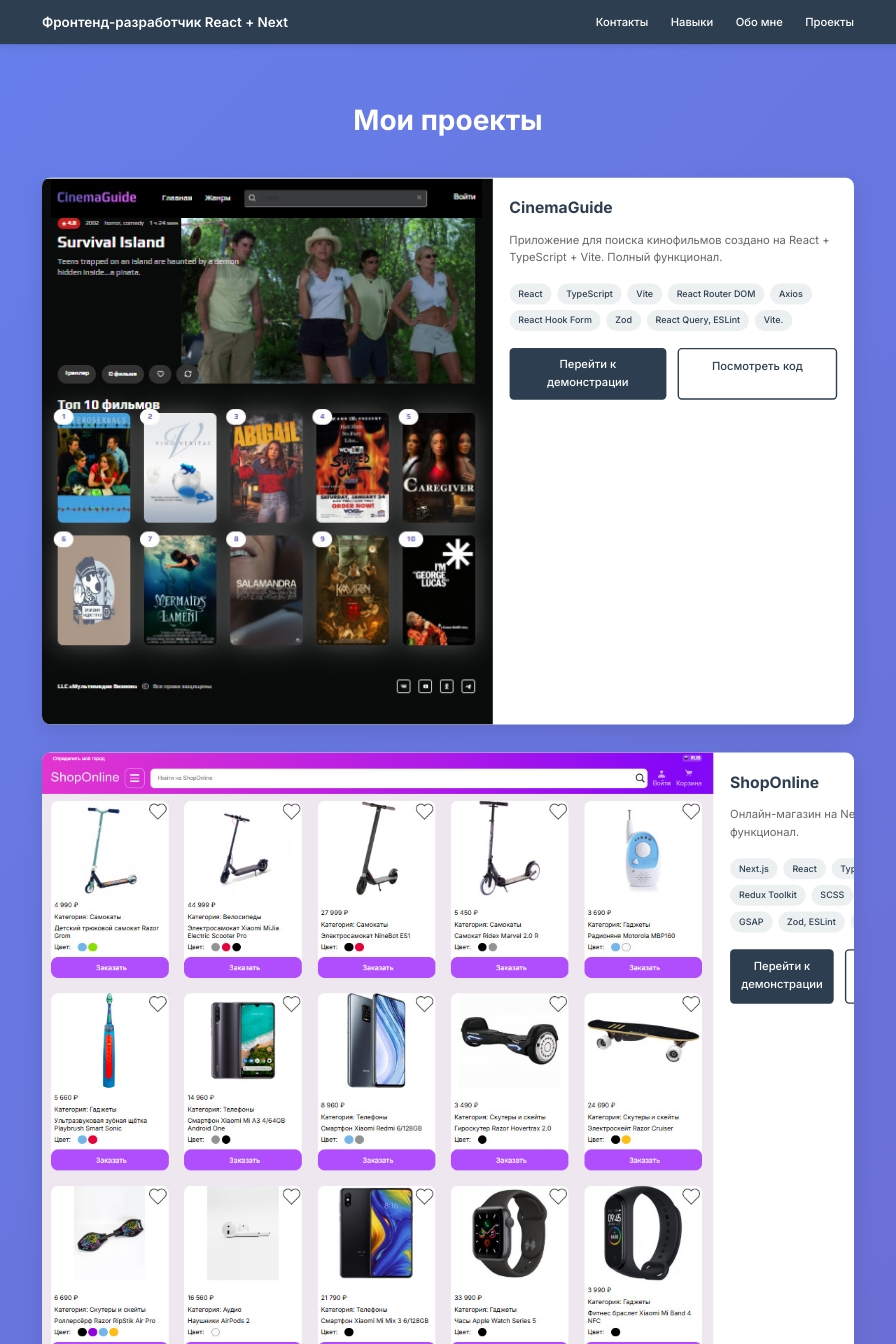
Repository: RostislavZeberg/resume-app
Page: /
The author's editor kept a copy of each file at every save. The page is drawn from the files as they stood at one save, then again after a run of saves.
The browser window is 1280 px wide. The pictures show the part of the page from y = 0 to 1920 px (the page is 12170 px tall before and 10922 px after), at 70% of full size.
The project was rebuilt for these pictures with package versions that can differ from the ones it lists, and the page was loaded fresh each time. The framework's server and built-in components were replaced by stand-ins that run in the browser. Also part of the build but not shown: next.config.ts.

Above is the page before, as saved 2025-09-21 15:09:00.

### pages/_app.tsx
import type { AppProps } from 'next/app';
import '../styles/globals.scss';
import Head from 'next/head';

function MyApp({ Component, pageProps }: AppProps) {
  return (
    <>
      <Head>
        <meta name="viewport" content="width=device-width, initial-scale=1" />
        <meta name="theme-color" content="#2c3e50" />
        <meta name="description" content="Резюме фронтенд-разработчика React с 5+ годами опыта. Специализация: React, TypeScript, Next.js, Redux Toolkit." />
        <meta name="keywords" content="React, TypeScript, Next.js, фронтенд-разработчик, резюме" />
        <meta property="og:title" content="Фронтенд-разработчик React" />
        <meta property="og:description" content="Резюме фронтенд-разработчика React с 5+ годами опыта" />
        <meta property="og:type" content="website" />
        <link rel="icon" href="/favicon.ico" />
      </Head>
      <Component {...pageProps} />
    </>
  );
}

export default MyApp;

### pages/_document.tsx
import { Html, Head, Main, NextScript } from 'next/document';

export default function Document() {
  return (
    <Html lang="ru">
      <Head>
        <link rel="preconnect" href="https://fonts.googleapis.com" />
        <link rel="preconnect" href="https://fonts.gstatic.com" crossOrigin="anonymous" />
        <link href="https://fonts.googleapis.com/css2?family=Inter:wght@300;400;500;600;700&display=swap" rel="stylesheet" />

        {/* Фавикон */}
        <link rel="icon" href="/favicon.ico" sizes="any" />
        <link rel="icon" href="/favicon.svg" type="image/svg+xml" />
        <link rel="apple-touch-icon" href="/apple-touch-icon.png" />
        <link rel="manifest" href="/manifest.webmanifest" />

        {/* Мета-теги */}
        <meta name="theme-color" content="#2c3e50" />
        <meta name="description" content="Резюме фронтенд-разработчика React с 5+ годами опыта. Специализация: React, TypeScript, Next.js, Redux Toolkit." />
        <meta name="keywords" content="React, TypeScript, Next.js, фронтенд-разработчик, резюме" />
      </Head>
      <body>
        <Main />
        <NextScript />
      </body>
    </Html>
  );
}

### pages/index.tsx
import Head from 'next/head';
import { NextPage } from 'next';
import Contacts from '../components/Sections/Contacts';
import Skills from '../components/Sections/Skills';
import About from '../components/Sections/About';
import Projects from '../components/Sections/Projects';
import Header from '../components/Layout/Header';

const Home: NextPage = () => {
  return (
    <>
      <Head>
        <title>Фронтенд-разработчик React | Резюме</title>
        <meta name="description" content="Резюме фронтенд-разработчика React с 5+ годами опыта. Специализация: React, TypeScript, Next.js, Redux Toolkit." />
        <meta name="keywords" content="React, TypeScript, Next.js, фронтенд-разработчик, резюме" />
        <meta property="og:title" content="Фронтенд-разработчик React" />
        <meta property="og:description" content="Резюме фронтенд-разработчика React с 5+ годами опыта" />
        <meta property="og:type" content="website" />
        <link rel="icon" href="/favicon.ico" />
      </Head>

      <Header />
      <main>
        <Projects />
        <Skills />
        <About />
        <Contacts />
      </main>
    </>
  );
};

export default Home;

### styles/globals.scss
// Переменные и миксины
@import './variables.scss';
@import './mixins';

// Глобальные стили
* {
  box-sizing: border-box;
  margin: 0;
  padding: 0;
}

html {
  scroll-behavior: smooth;
  scroll-padding-top: 60px;
}

body {
  font-family: 'Inter', 'Arial', sans-serif;
  line-height: 1.6;
  color: $text-color;
  background-color: $background-color;
  padding-top: 60px;
}

.container {
  max-width: 1200px;
  margin: 0 auto;
  padding: 0 20px;
}

section {
  padding: 80px 0;

  h2 {
    text-align: center;
    margin-bottom: 50px;
    font-size: 2.5rem;
    color: $primary-color;
  }
}

// Анимации
@keyframes fadeIn {
  from {
    opacity: 0;
    transform: translateY(20px);
  }
  to {
    opacity: 1;
    transform: translateY(0);
  }
}

.fade-in {
  animation: fadeIn 0.6s ease forwards;
}

// Адаптивность
@include desktop {
  .container {
    max-width: 1200px;
  }
}

@include tablet {
  .container {
    max-width: 100%;
    padding: 0 15px;
  }

  section {
    padding: 60px 0;

    h2 {
      font-size: 2rem;
      margin-bottom: 40px;
    }
  }
}

@include mobile {
  .container {
    padding: 0 10px;
  }

  section {
    padding: 40px 0;

    h2 {
      font-size: 1.8rem;
      margin-bottom: 30px;
    }
  }
}

### components/Sections/Contacts.tsx
import React from 'react';
import Icon from '../UI/Icon';
import styles from '../../styles/sections/contacts.module.scss';
import { contacts } from '@/info/contacts';

const Contacts: React.FC = () => {

  return (
    <section id="contacts" className={styles.contacts}>
      <div className="container">
        <h2>Контакты</h2>
        <div className={styles.contactsGrid}>
          {contacts.map((contact, index) => (
            <a
              key={index}
              href={contact.href}
              className={styles.contactItem}
              target="_blank"
              rel="noopener noreferrer"
            >
              <Icon name={contact.icon} className={styles.contactIcon} />
              <span>{contact.text}</span>
            </a>
          ))}
        </div>
      </div>
    </section>
  );
};

export default Contacts;

### components/Sections/Skills.tsx
import React from 'react';
import styles from '../../styles/sections/skills.module.scss';

const Skills: React.FC = () => {
  const skillCategories = [
    {
      title: 'Основные технологии',
      skills: ['React', 'Redux', 'Redux Toolkit', 'TypeScript', 'Next.js', 'Sass/SCSS']
    },
    {
      title: 'Сборка и инструменты',
      skills: ['Vite', 'Webpack', 'Parcel', 'Gulp', 'Git', 'GitHub']
    },
    {
      title: 'Тестирование',
      skills: ['Unit-тестирование', 'Jest', 'React Testing Library']
    },
    {
      title: 'Дополнительные навыки',
      skills: ['HTTP/REST', 'ООП', 'DRY/KISS', 'WordPress', 'Vue.js', 'SQL', 'Python', 'Docker', 'Linux']
    },
    {
      title: 'Языки',
      skills: ['Английский (B1)']
    }
  ];

  return (
    <section id="skills" className={styles.skills}>
      <div className="container">
        <h2>Мои навыки</h2>
        <div className={styles.skillsGrid}>
          {skillCategories.map((category, index) => (
            <div key={index} className={styles.skillCategory}>
              <h3>{category.title}</h3>
              <ul>
                {category.skills.map((skill, i) => (
                  <li key={i}>{skill}</li>
                ))}
              </ul>
            </div>
          ))}
        </div>
      </div>
    </section>
  );
};

export default Skills;

### components/Sections/About.tsx
import React from 'react';
import styles from '../../styles/sections/about.module.scss';

const About: React.FC = () => {
  return (
    <section id="about" className={styles.about}>
      <div className="container">
        <h2>Обо мне</h2>
        <div className={styles.aboutContent}>
          <p>
            Усидчив и внимателен к деталям, сосредоточен на выполнении задач, не отвлекаясь на внешние раздражители.
            Мой скрупулезный подход к архитектуре кода, его чистоте и читабельности сводит к минимуму возникновение ошибок
            при дальнейшей эксплуатации проектов.
          </p>
          <p>
            Коммуникабелен и открыт для общения с коллегами, что позволяет эффективно обсуждать проекты и находить оптимальные решения.
            Дисциплинированность помогает мне выстраивать свою работу по четкому плану, всегда выполнять задачи качественно и в срок,
            а также быть требовательным к себе.
          </p>
          <p>
            Инициативность является важной частью моей работы: я не боюсь доводить до руководства свои идеи и предложения по решению проблем.
            Обучаем и стремлюсь к постоянному развитию, ведь IT-отрасль динамично меняется, и изучение новых направлений и тенденций
            в программировании – это важная часть моего профессионального роста.
          </p>
          <p>
            Есть желание работать и развиваться в сфере разработки приложений, которая является частью моего восприятия мира.
            Я наслаждаюсь процессом создания кода и когда вижу результаты своей деятельности.
          </p>
          <p>
            К своим сильным сторонам отношу навыки работы в команде, стремление находить максимально эффективные и эстетичные решения,
            а также способность самостоятельно искать ресурсы для решения проблем и повышения профессионального уровня.
          </p>
          <p>
            Рассматриваю проектную деятельность и удаленную работу.
          </p>
        </div>
      </div>
    </section>
  );
};

export default About;

### components/Sections/Projects.tsx
import React from 'react';
import ProjectCard from '../UI/ProjectCard';
import styles from '../../styles/sections/projects.module.scss';
import { projects } from '@/info/projects';

const Projects: React.FC = () => {
  return (
    <section id="projects" className={styles.projects}>
      <div className="container">
        <h2>Мои проекты</h2>
        <div className={styles.projectsGrid}>
          {projects.map((project, index) => (
            <ProjectCard key={index} project={project} />
          ))}
        </div>
        <div className={styles.viewAll}>
          <a
            href="https://github.com/RostislavZeberg?tab=repositories"
            className={styles.viewAllButton}
            target="_blank"
            rel="noopener noreferrer"
          >
            Посмотреть все проекты
          </a>
        </div>
      </div>
    </section>
  );
};

export default Projects;

### components/Layout/Header.tsx
import React, { useState } from 'react';
import Link from 'next/link';
import styles from '../../styles/layout/header.module.scss';

const Header: React.FC = () => {
  const [isMenuOpen, setIsMenuOpen] = useState(false);

  const toggleMenu = () => {
    setIsMenuOpen(!isMenuOpen);
  };

  return (
    <header className={styles.header}>
      <div className="container">
        <nav className={styles.nav}>
          <div className={styles.logo}>
            <Link href="/">Фронтенд-разработчик React + Next</Link>
          </div>

          <button
            className={`${styles.menuToggle} ${isMenuOpen ? styles.active : ''}`}
            onClick={toggleMenu}
            aria-label="Меню"
          >
            <span></span>
            <span></span>
            <span></span>
          </button>

          <ul className={`${styles.navList} ${isMenuOpen ? styles.active : ''}`}>
            <li><a href="#contacts" onClick={() => setIsMenuOpen(false)}>Контакты</a></li>
            <li><a href="#skills" onClick={() => setIsMenuOpen(false)}>Навыки</a></li>
            <li><a href="#about" onClick={() => setIsMenuOpen(false)}>Обо мне</a></li>
            <li><a href="#projects" onClick={() => setIsMenuOpen(false)}>Проекты</a></li>
          </ul>
        </nav>
      </div>
    </header>
  );
};

export default Header;

### styles/variables.scss
// Цвета
$primary-color: #2c3e50;
$secondary-color: #3498db;
$accent-color: #e74c3c;
$background-color: #f9f9f9;
$text-color: #333;
$light-gray: #ecf0f1;

// Breakpoints
$desktop: 1280px;
$tablet: 1024px;
$small-tablet: 768px;
$mobile: 320px;

### styles/mixins.scss
@mixin desktop {
  @media (min-width: #{$desktop}) {
    @content;
  }
}

@mixin tablet {
  @media (min-width: #{$small-tablet}) and (max-width: #{$tablet}) {
    @content;
  }
}

@mixin small-tablet {
  @media (min-width: #{$mobile}) and (max-width: #{$small-tablet - 1px}) {
    @content;
  }
}

@mixin mobile {
  @media (max-width: #{$mobile}) {
    @content;
  }
}

@mixin flex-center {
  display: flex;
  justify-content: center;
  align-items: center;
}

@mixin card-shadow {
  box-shadow: 0 4px 6px rgba(0, 0, 0, 0.1);
  transition: box-shadow 0.3s ease;

  &:hover {
    box-shadow: 0 10px 20px rgba(0, 0, 0, 0.15);
  }
}

### components/UI/Icon.tsx
import React from 'react';
import Image from 'next/image';

interface IconProps {
  name: string;
  className?: string;
  width?: number;
  height?: number;
}

const Icon: React.FC<IconProps> = ({ name, className = '', width = 24, height = 24 }) => {
  return (
    <Image
      src={`/icons/${name}.svg`}
      alt={`${name} icon`}
      width={width}
      height={height}
      className={className}
    />
  );
};

export default Icon;

### styles/sections/contacts.module.scss
@import '../variables';
@import '../mixins';

.contacts {
  background: linear-gradient(135deg, #f5f7fa 0%, #c3cfe2 100%);
  padding: 100px 0;
}

.contactsGrid {
  display: grid;
  grid-template-columns: repeat(auto-fit, minmax(250px, 1fr));
  gap: 2rem;
  margin-top: 3rem;
}

.contactItem {
  display: flex;
  flex-direction: column;
  align-items: center;
  justify-content: center;
  background: white;
  padding: 2rem;
  border-radius: 12px;
  box-shadow: 0 10px 30px rgba(0, 0, 0, 0.1);
  transition: all 0.3s ease;
  text-decoration: none;
  color: $text-color;

  &:hover {
    transform: translateY(-5px);
    box-shadow: 0 15px 40px rgba(0, 0, 0, 0.15);

    .contactIcon {
      transform: scale(1.1);
    }
  }
}

.contactIcon {
  width: 60px;
  height: 60px;
  margin-bottom: 1rem;
  transition: transform 0.3s ease;
}

// Адаптивность
@include tablet {
  .contactsGrid {
    grid-template-columns: repeat(2, 1fr);
    gap: 1.5rem;
  }
}

@include small-tablet {
  .contactsGrid {
    grid-template-columns: 1fr;
    gap: 1rem;
  }

  .contactItem {
    padding: 1.5rem;
  }
}

@include mobile {
  .contacts {
    padding: 80px 0;
  }

  .contactIcon {
    width: 50px;
    height: 50px;
  }
}

### info/contacts.ts
export const contacts = [
  { icon: 'email', text: 'zeberg@bk.ru', href: 'mailto:zeberg@bk.ru' },
  { icon: 'phone', text: '+7(960)-552-4171', href: 'tel:+79605524171' },
  { icon: 'telegram', text: '@zeberg_jaguar', href: 'https://t.me/zeberg_jaguar' },
  { icon: 'github', text: 'GitHub', href: 'https://github.com/RostislavZeberg?tab=repositories' }
];

### styles/sections/skills.module.scss
@import '../variables';
@import '../mixins';

.skills {
  background-color: white;
}

.skillsGrid {
  display: grid;
  grid-template-columns: repeat(auto-fit, minmax(300px, 1fr));
  gap: 2rem;
}

.skillCategory {
  background: $light-gray;
  padding: 2rem;
  border-radius: 12px;
  box-shadow: 0 5px 15px rgba(0, 0, 0, 0.05);

  h3 {
    color: $primary-color;
    margin-bottom: 1.5rem;
    font-size: 1.3rem;
    position: relative;
    padding-bottom: 0.5rem;

    &::after {
      content: '';
      position: absolute;
      bottom: 0;
      left: 0;
      width: 40px;
      height: 3px;
      background: $secondary-color;
    }
  }

  ul {
    list-style: none;
  }

  li {
    margin-bottom: 0.8rem;
    padding-left: 1.5rem;
    position: relative;

    &::before {
      content: '▹';
      position: absolute;
      left: 0;
      color: $secondary-color;
    }
  }
}

// Адаптивность
@include tablet {
  .skillsGrid {
    grid-template-columns: repeat(2, 1fr);
    gap: 1.5rem;
  }
}

@include small-tablet {
  .skillsGrid {
    grid-template-columns: 1fr;
    gap: 1rem;
  }

  .skillCategory {
    padding: 1.5rem;
  }
}

@include mobile {
  .skillCategory {
    padding: 1.2rem;

    h3 {
      font-size: 1.2rem;
    }
  }
}

### styles/sections/about.module.scss
@import '../variables';
@import '../mixins';

.about {
  background-color: $light-gray;
}

.aboutContent {
  max-width: 800px;
  margin: 0 auto;

  p {
    margin-bottom: 1.5rem;
    line-height: 1.8;
    text-align: justify;
  }
}

// Адаптивность
@include tablet {
  .aboutContent {
    padding: 0 1rem;
  }
}

@include mobile {
  .aboutContent p {
    text-align: left;
  }
}

### components/UI/ProjectCard.tsx
import React from 'react';
import Image from 'next/image';
import styles from '../../styles/ui/project-card.module.scss';

interface Project {
  name: string;
  description: string;
  demoLink: string;
  codeLink: string;
  technologies: string[];
}

interface ProjectCardProps {
  project: Project;
}

const ProjectCard: React.FC<ProjectCardProps> = ({ project }) => {
  return (
    <div className={styles.projectCard}>
      {/* <div className={styles.projectImage}>
        <a href={project.demoLink} target="_blank" rel="noopener noreferrer">
        </a>
      </div> */}
      <Image
        src={`/${project.name.toLowerCase()}.jpg`}
        alt={project.name}
        className={styles.projectImage}
        width={400}
        height={250}
        style={{
          width: '100%',
          height: 'auto',
        }}
        placeholder="blur"
        blurDataURL="data:[embedded picture, 471 characters]"
      />
      <div className={styles.projectContent}>
        <h3>{project.name}</h3>
        <p>{project.description}</p>
        <div className={styles.technologies}>
          {project.technologies.map((tech, index) => (
            <span key={index} className={styles.techTag}>{tech}</span>
          ))}
        </div>
        <div className={styles.projectActions}>
          <a
            href={project.demoLink}
            className={styles.demoButton}
            target="_blank"
            rel="noopener noreferrer"
          >
            Перейти к демонстрации
          </a>
          <a
            href={project.codeLink}
            className={styles.codeButton}
            target="_blank"
            rel="noopener noreferrer"
          >
            Посмотреть код
          </a>
        </div>
      </div>
    </div>
  );
};

export default ProjectCard;

### styles/sections/projects.module.scss
@import '../variables';
@import '../mixins';

.projects {
  background: linear-gradient(135deg, #667eea 0%, #764ba2 100%);
  color: white;

  h2 {
    color: white;
  }
}

.projectsGrid {
  display: flex;
  flex-direction: column;
  // display: grid;
  // grid-template-columns: repeat(auto-fit, minmax(350px, 1fr));
  gap: 2.5rem;
  // margin-bottom: 3rem;
}

.viewAll {
  text-align: center;
  margin-top: 3rem;
}

.viewAllButton {
  display: inline-block;
  padding: 1rem 2rem;
  background: white;
  color: $primary-color;
  text-decoration: none;
  border-radius: 30px;
  font-weight: 600;
  transition: all 0.3s ease;
  box-shadow: 0 5px 15px rgba(0, 0, 0, 0.1);

  &:hover {
    transform: translateY(-3px);
    box-shadow: 0 10px 25px rgba(0, 0, 0, 0.2);
    background: $accent-color;
    color: white;
  }
}

// Адаптивность
@include tablet {
  .projectsGrid {
    grid-template-columns: repeat(2, 1fr);
    gap: 2rem;
  }
}

@include small-tablet {
  .projectsGrid {
    grid-template-columns: 1fr;
    gap: 1.5rem;
  }
}

@include mobile {
  .projectsGrid {
    grid-template-columns: 1fr;
    gap: 1.5rem;
  }

  .viewAllButton {
    padding: 0.8rem 1.5rem;
    font-size: 0.9rem;
  }
}

### styles/layout/header.module.scss
@import '../variables';
@import '../mixins';

.header {
  background-color: $primary-color;
  color: white;
  position: fixed;
  top: 0;
  left: 0;
  right: 0;
  z-index: 1000;
  box-shadow: 0 2px 10px rgba(0, 0, 0, 0.1);
}

.nav {
  display: flex;
  justify-content: space-between;
  align-items: center;
  padding: 1rem 0;
}

.logo {
  a {
    color: white;
    text-decoration: none;
    font-weight: 600;
    font-size: 1.2rem;

    &:hover {
      color: $accent-color;
    }
  }
}

.navList {
  display: flex;
  list-style: none;
  gap: 2rem;

  a {
    color: white;
    text-decoration: none;
    font-weight: 500;
    transition: color 0.3s ease;

    &:hover {
      color: $accent-color;
    }
  }
}

.menuToggle {
  display: none;
  flex-direction: column;
  justify-content: space-around;
  width: 2rem;
  height: 2rem;
  background: transparent;
  border: none;
  cursor: pointer;
  padding: 0;

  span {
    width: 2rem;
    height: 0.25rem;
    background: white;
    border-radius: 10px;
    transition: all 0.3s linear;
    position: relative;
    transform-origin: 1px;
  }
}

// Адаптивность
@include tablet {
  .navList {
    gap: 1.5rem;
  }
}

@include small-tablet {
  .menuToggle {
    display: flex;
    z-index: 1001;
  }

  .navList {
    position: fixed;
    top: 0;
    right: 0;
    height: 100vh;
    width: 70%;
    background: $primary-color;
    flex-direction: column;
    justify-content: center;
    align-items: center;
    transform: translateX(100%);
    transition: transform 0.3s ease-in-out;

    &.active {
      transform: translateX(0);
    }
  }

  .menuToggle.active {
    span:nth-child(1) {
      transform: rotate(45deg);
    }

    span:nth-child(2) {
      opacity: 0;
    }

    span:nth-child(3) {
      transform: rotate(-45deg);
    }
  }
}

@include mobile {
  .logo a {
    font-size: 1rem;
  }
}

### styles/ui/project-card.module.scss
@import '../variables';
@import '../mixins';

.projectCard {
  display: flex;
  background: white;
  border-radius: 12px;
  overflow: hidden;
  box-shadow: 0 10px 30px rgba(0, 0, 0, 0.1);
  transition: all 0.3s ease;
  color: $text-color;

  &:hover {
    transform: translateY(-5px);
    box-shadow: 0 15px 40px rgba(0, 0, 0, 0.2);
  }
}

// .projectImage {
//   position: relative;
//   overflow: hidden;
//   height: 200px;

//   // Стили для Next.js Image компонента
//   > div {
//     position: relative !important;
//   }

//   img {
//     transition: transform 0.5s ease;
//   }

//   &:hover img {
//     transform: scale(1.05);
//   }
// }

.projectImage {
  width: auto;
  height: auto;
}

.projectContent {
  padding: 1.5rem;

  h3 {
    color: $primary-color;
    margin-bottom: 1rem;
    font-size: 1.4rem;
  }

  p {
    margin-bottom: 1.5rem;
    line-height: 1.6;
    color: lighten($text-color, 20%);
  }
}

.technologies {
  display: flex;
  flex-wrap: wrap;
  gap: 0.5rem;
  margin-bottom: 1.5rem;
}

.techTag {
  background: $light-gray;
  color: $primary-color;
  padding: 0.3rem 0.8rem;
  border-radius: 20px;
  font-size: 0.8rem;
  font-weight: 500;
}

.projectActions {
  display: flex;
  gap: 1rem;

  a {
    flex: 1;
    text-align: center;
    padding: 0.7rem 1rem;
    border-radius: 6px;
    text-decoration: none;
    font-weight: 500;
    transition: all 0.3s ease;

    &.demoButton {
      background: $primary-color;
      color: white;

      &:hover {
        background: darken($primary-color, 10%);
      }
    }

    &.codeButton {
      background: transparent;
      color: $primary-color;
      border: 2px solid $primary-color;

      &:hover {
        background: $primary-color;
        color: white;
      }
    }
  }
}

// Адаптивность
@include tablet {
  .projectContent {
    padding: 1.2rem;
  }

  .projectActions {
    flex-direction: column;
    gap: 0.7rem;
  }
}

@include mobile {
  .projectImage {
    height: 180px;
  }

  .projectContent {
    padding: 1rem;

    h3 {
      font-size: 1.2rem;
    }
  }

  .technologies {
    gap: 0.3rem;
  }

  .techTag {
    font-size: 0.7rem;
    padding: 0.2rem 0.6rem;
  }
}

Loaded but not shown: info/projects.ts (66 lines, source omitted)

After the next 2 saves:
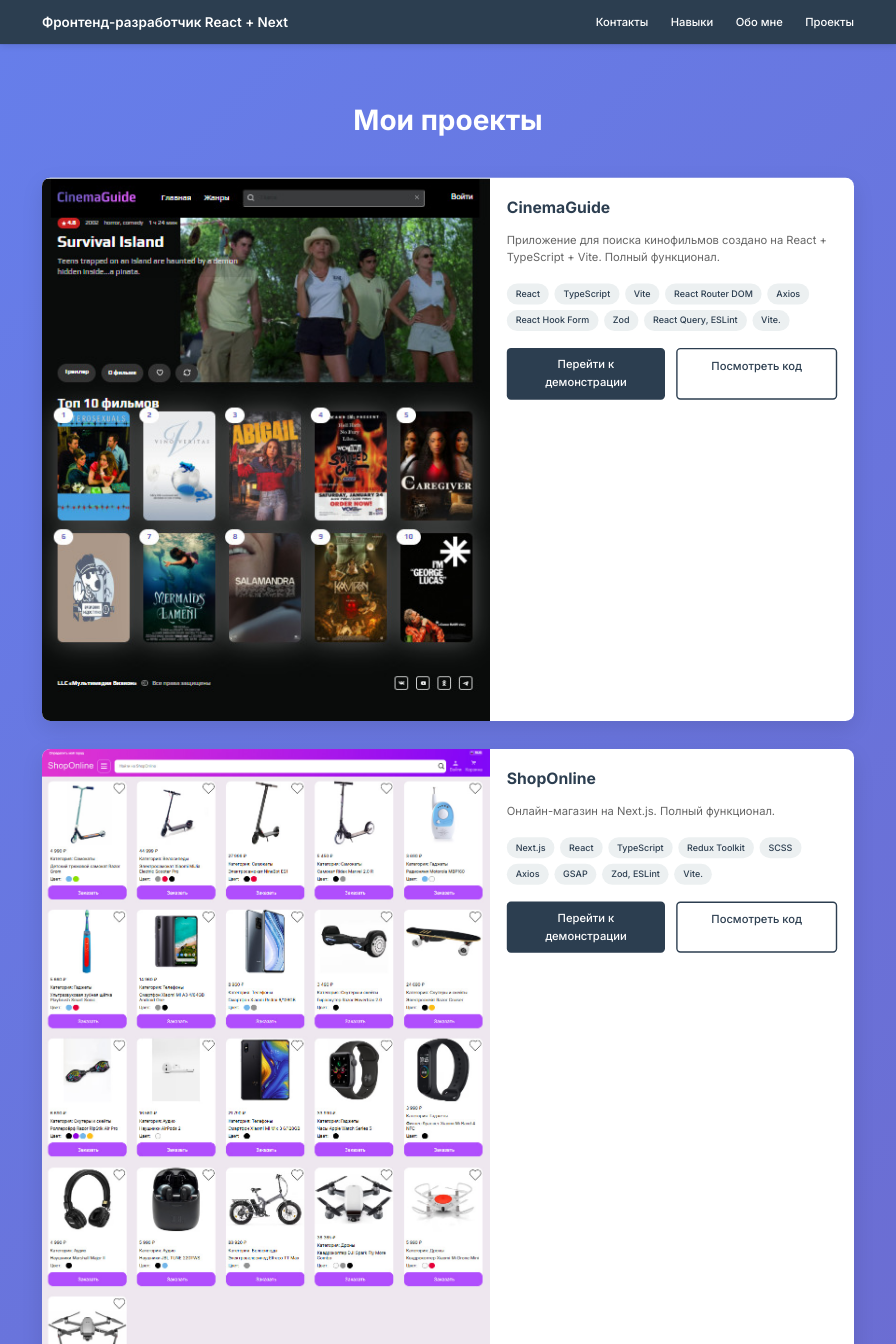
The 2 saves are shown as one change because 1 did not build or start.
The last was saved 100 s later.
--- a/styles/ui/project-card.module.scss
+++ b/styles/ui/project-card.module.scss
@@ -37,6 +37,7 @@
 
 .projectImage {
   width: auto;
+  max-width: 640px;
   height: auto;
 }
 
